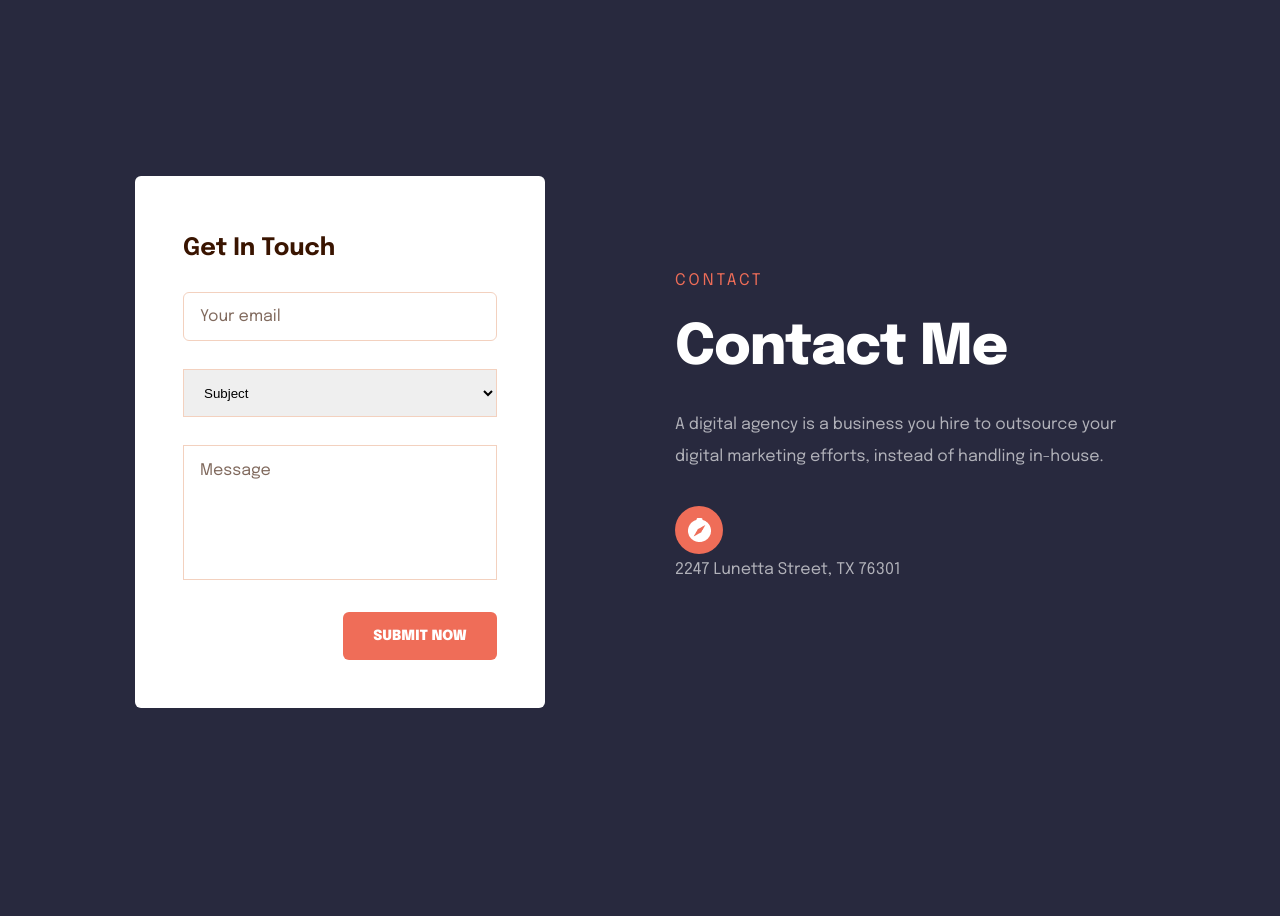
Repository: simralgasimov/contact-me
Page: index.html
An editor plug-in stored every save of this project. The page is shown before and after the next save, followed by the edit.
The browser window is 1280 px wide. The pictures show the whole page.

Above is the page before, as saved 2023-10-04 13:40:20.

After the next save:
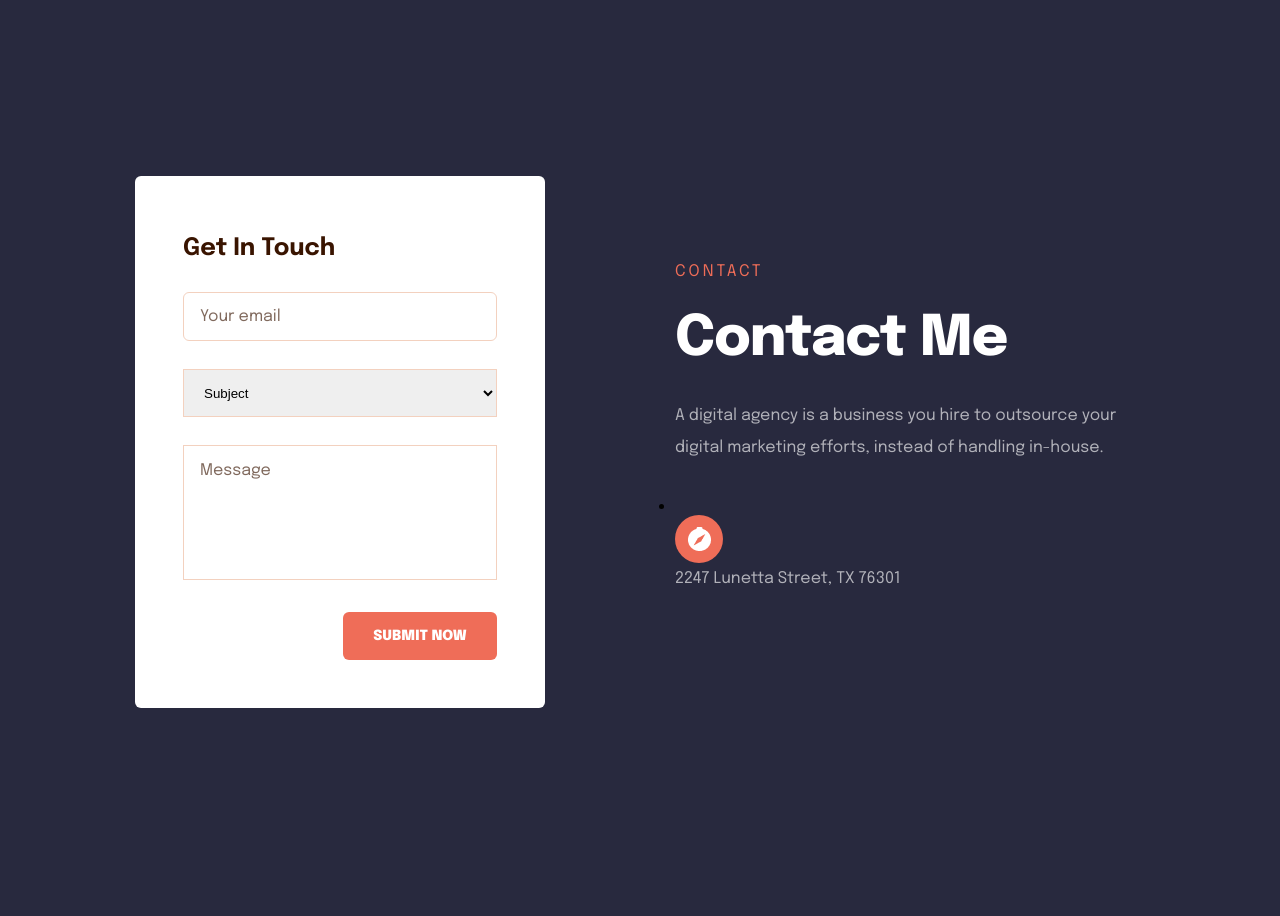
Saved 46 s later.
--- a/index.html
+++ b/index.html
@@ -37,6 +37,11 @@
           A digital agency is a business you hire to outsource your digital
           marketing efforts, instead of handling in-house.
         </p>
+        <ul>
+          <li>
+
+          </li>
+        </ul>
         <div class="cirycle">
           <img src="./img/Shape.png" alt="" />
         </div>

After the 2 saves that followed:
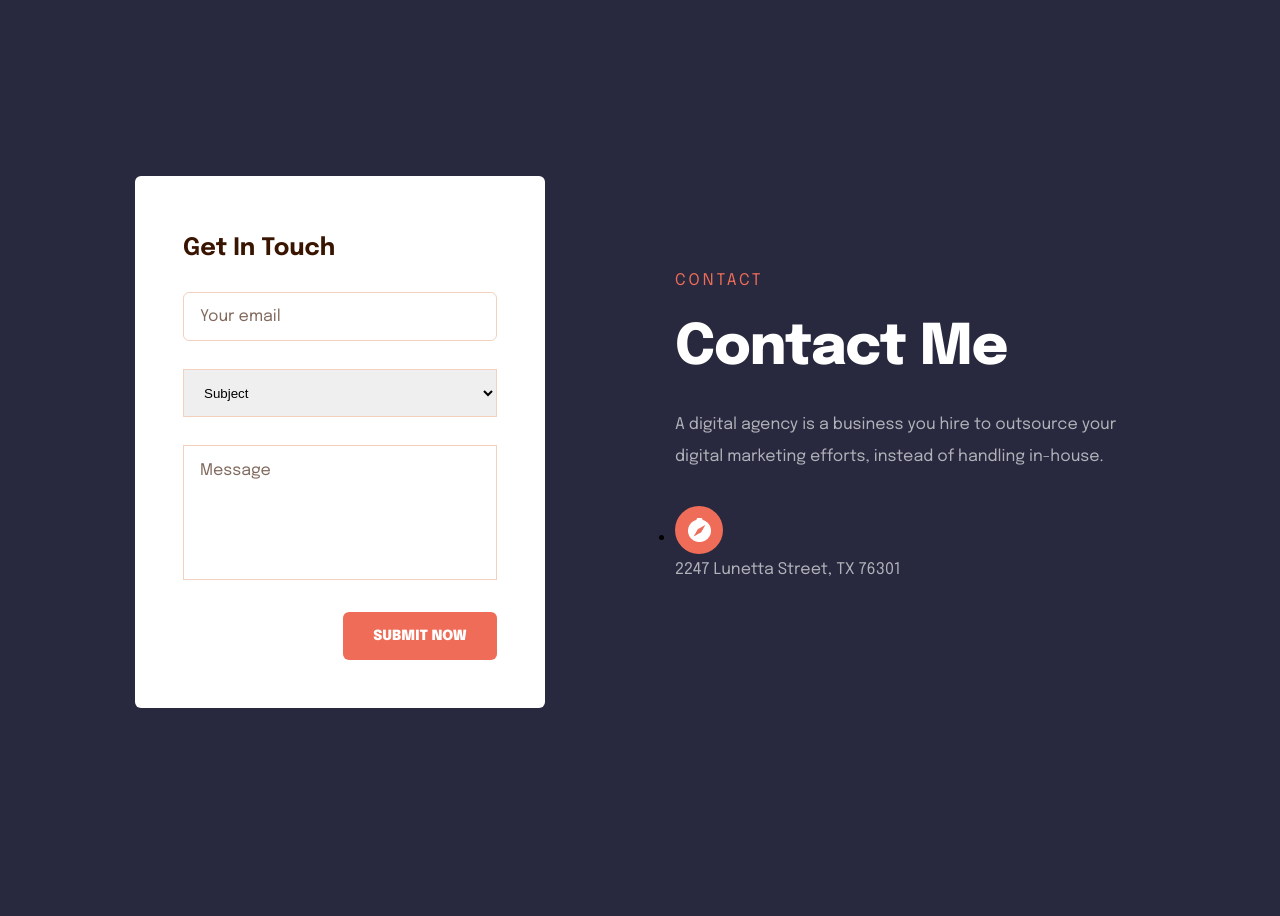
The 2 saves are shown as one change because they came seconds apart.
The last was saved 5 s later.
--- a/index.html
+++ b/index.html
@@ -39,13 +39,13 @@
         </p>
         <ul>
           <li>
+            <div class="cirycle">
+              <img src="./img/Shape.png" alt="" />
+            </div>
+            <p>2247 Lunetta Street, TX 76301</p>
 
           </li>
         </ul>
-        <div class="cirycle">
-          <img src="./img/Shape.png" alt="" />
-        </div>
-        <p>2247 Lunetta Street, TX 76301</p>
 
       </div>
     </div>
